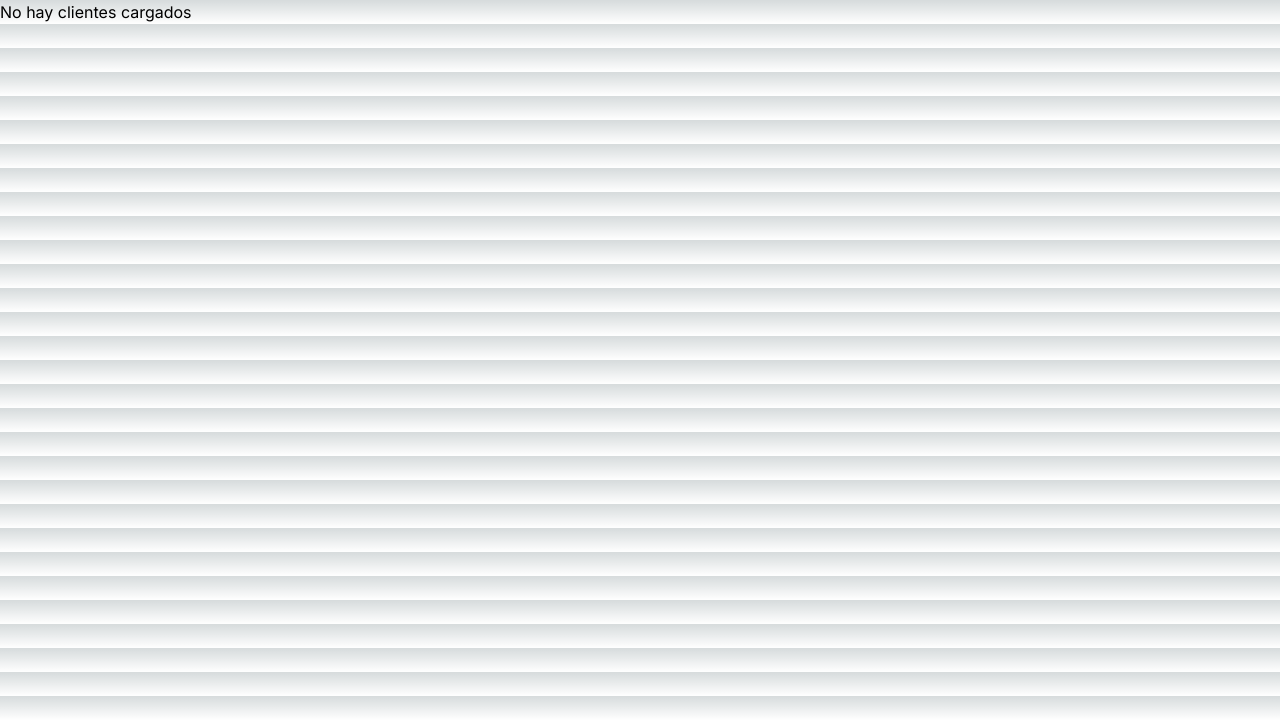
Repository: joanmr87/podlesh-nextjs
Page: /
These files come from the project's save history. The page is drawn as it stood at one moment and after the next save; the edit follows.
The browser window is 1280 px wide. The pictures show the whole page.
The project was rebuilt for these pictures with package versions that can differ from the ones it lists, and the page was loaded fresh each time. The framework's server and built-in components were replaced by stand-ins that run in the browser. Also part of the build but not shown: next.config.js, components/FileUploader.tsx, components/ClientList.tsx, components/NotificationButton.tsx.

Above is the page before, as saved 2023-08-07 15:07:36.

### app/page.tsx
"use client"
import React, { useState } from 'react'; // Agrega esta línea para importar React y useState
import NavBar from '../components/NavBar';
import FileUploader from '../components/FileUploader';
import ClientList from '../components/ClientList';
import NotificationButton from '../components/NotificationButton';

export default function AppPage() {
    const [clients, setClients] = useState([]); // Usamos useState para manejar el estado de los clientes

    const handleFileUpload = (event) => {
      const file = event.target.files[0];
      // Lógica para procesar el archivo y establecer el estado de "clients"
    };

    const sendNotifications = () => {
      // Lógica para enviar notificaciones
    };

    return (
      <div>
        <NavBar />
        <FileUploader onFileSelected={handleFileUpload} />
        {clients.length ? <ClientList clients={clients} /> : <p>No hay clientes cargados</p>}
        <NotificationButton onClick={sendNotifications} />
      </div>
    );
}

### components/NavBar.tsx
function NavBar() {
    return (
        function NavBar() {
            return (
              <nav className="navbar navbar-dark bg-dark">
                <a className="navbar-brand" href="#">Guía Telefónica</a>
              </nav>
            );
          }

    );
  }

  export default NavBar;

Loaded but not shown: app/layout.tsx (common file); app/globals.css (common file); tailwind.config.ts (common file)

After the next save:
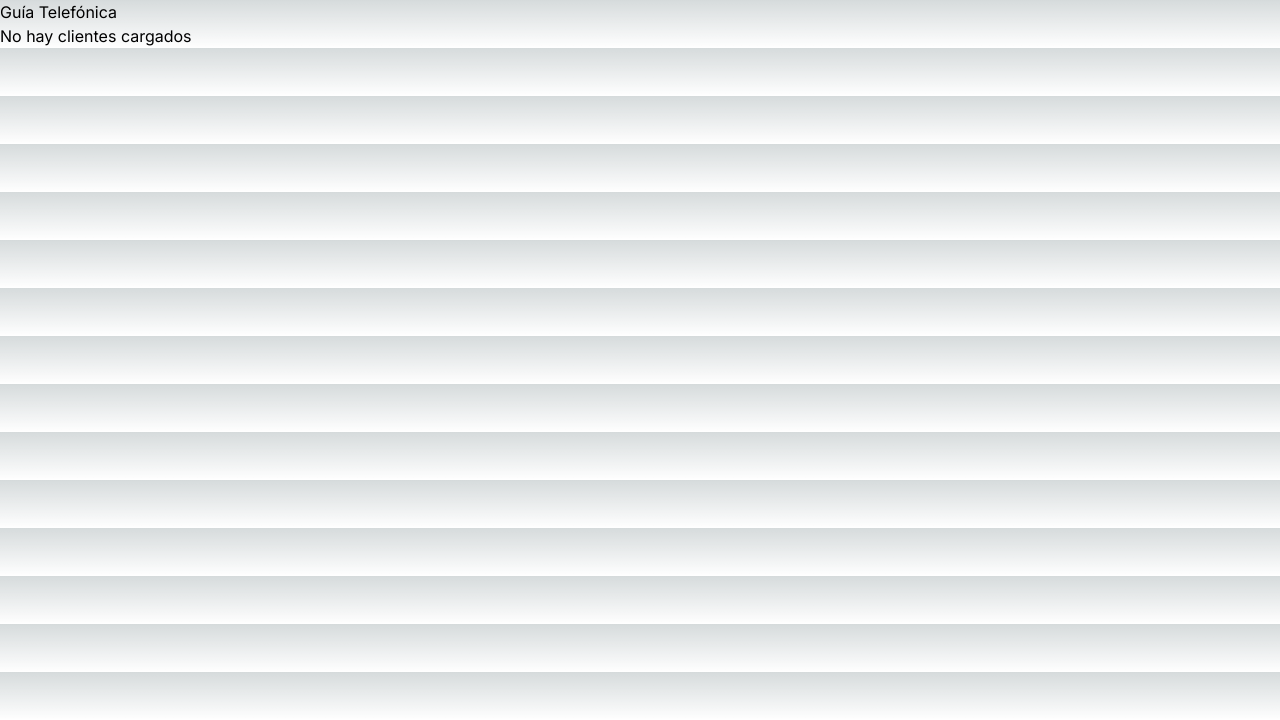
Saved 115 s later.
--- a/components/NavBar.tsx
+++ b/components/NavBar.tsx
@@ -1,14 +1,12 @@
+// NavBar.tsx o NavBar.jsx
+import React from 'react';
+
 function NavBar() {
     return (
-        function NavBar() {
-            return (
               <nav className="navbar navbar-dark bg-dark">
                 <a className="navbar-brand" href="#">Guía Telefónica</a>
               </nav>
-            );
+           );
           }
 
-    );
-  }
-
-  export default NavBar;
+          export default NavBar;
